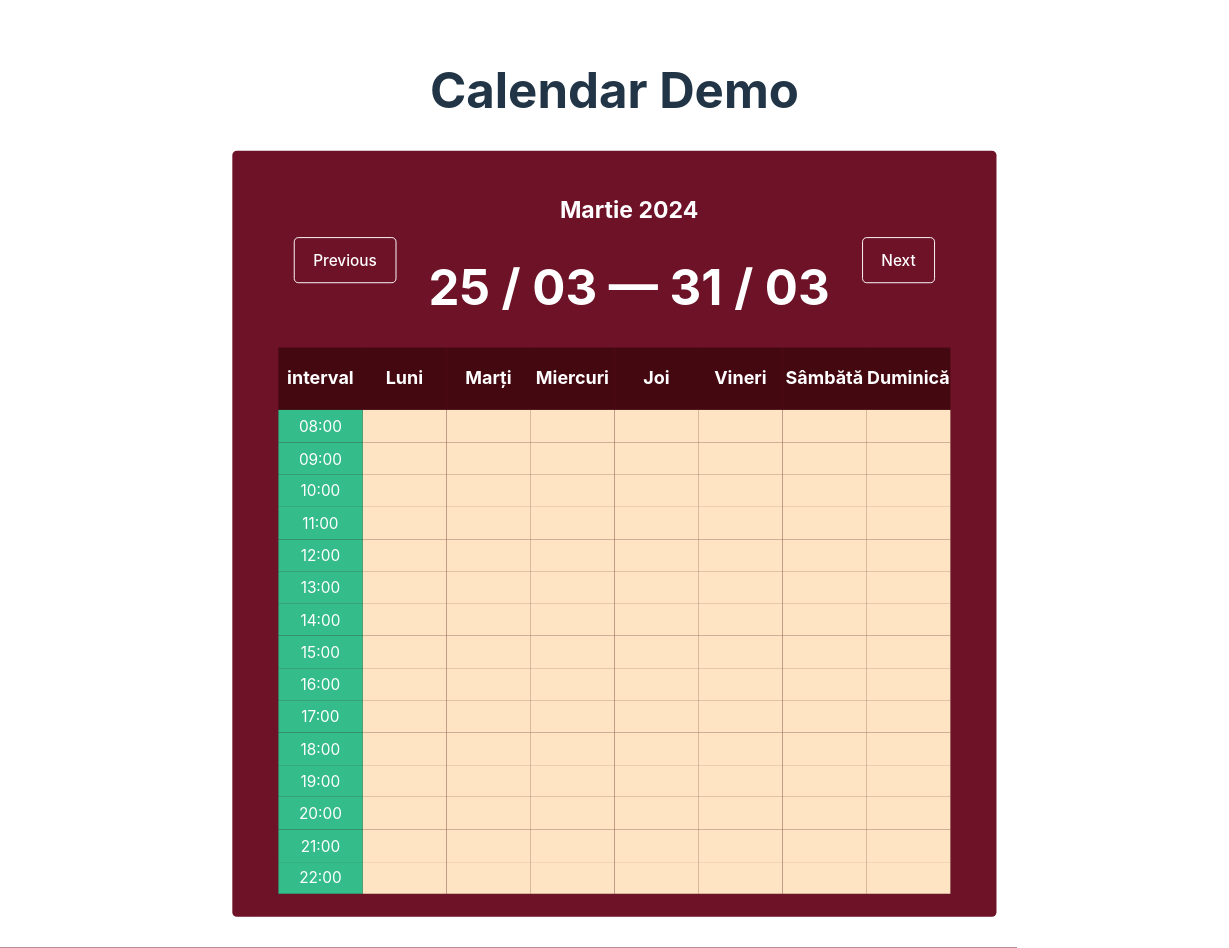
Repository: Maryie-B/weekly-calendar-scheduler
Page: /
These files come from the project's save history. The page is drawn as it stood at one moment and after the next save; the edit follows.
The browser window is 1280 px wide. The pictures show the whole page, at 96% of full size.
The project was rebuilt for these pictures with package versions that can differ from the ones it lists, and the page was loaded fresh each time. Also part of the build but not shown: vite.config.js.

Above is the page before, as saved 2024-03-26 16:17:57.

### src/App.jsx
import './App.css'
import CalendarHeader from './CalendarHeader'
import CalendarDays from './CalendarDays'

function App() {

  return (
    <>
      <h1>Calendar Demo</h1>
      <div className='calendar-wrapper'>

        <CalendarHeader />
        <CalendarDays />
      </div>
    </>
  )
}

export default App

### src/App.css
#root {
  max-width: 1280px;
  margin: 0 auto;
  padding: 2rem;
  text-align: center;
}

.calendar-wrapper {
  background-color: rgb(110, 18, 40);
  min-width: 700px;
  color: white;
  padding: 1.5rem 3rem;
  border-radius: 0.3rem;
}

.calendar-header {
  display: flex;
  flex-direction: row;
  align-items: center;
  justify-content: space-between;

}


.calendar-button {
  background-color: rgba(0, 0, 0, 0);
  height: 3rem;
  align-items: center;
  justify-content: center;
  border-color: white;
  border-radius: 0.3rem;
  color: white;
  font-size: 1rem;
  margin: 1rem;
}

.calendar-text {
  padding: 0rem 1rem;
}

.calendar-days-wrapper {
  display: grid;
  text-align: center;
  grid-template-columns: repeat(8, 1fr);
}

.days-header {
  background-color: rgb(68, 8, 17);
  min-height: 2rem;
  border: 0.2rem;
  border-color: white;
}

.hour-intervals {
  background-color: rgb(52, 188, 138);
  padding: 0.3rem;
  border-bottom: 0.1rem;
  border-color: black;
}

.hour-intervals-empty {
  min-height: 2.1rem;
  background-color: bisque;
  border: 3px black;
}

### src/CalendarHeader.jsx
import { useState, useEffect } from "react";

const CalendarHeader = () => {
  const [currentWeekStart, setCurrentWeekStart] = useState(() => {
      const now = new Date();
      const currentDay = now.getDay();
      const untilMonday = currentDay === 0 ? 6 : currentDay - 1;
      now.setDate(now.getDate() - untilMonday);
      return now;
  });

  const [currentWeekEnd, setCurrentWeekEnd] = useState(() => {
    const end = new Date(currentWeekStart);
    end.setDate(currentWeekStart.getDate() + 6);
    return end;
  });

  useEffect(() => {
    const end = new Date(currentWeekStart);
    end.setDate(currentWeekStart.getDate() + 6);
    console.log(end, '- from useEffect');
    setCurrentWeekEnd(end);
  }, [currentWeekStart]);

  const handleGoToPreviousWeek = () => {
    setCurrentWeekStart((prevDate) => {
        const newDate = new Date(prevDate);
        newDate.setDate(newDate.getDate() - 7);
        console.log(newDate, '-- from handleGoToPrevWeek');
        return newDate;
    });
  };

  const handleGoToNextWeek = () => {
    setCurrentWeekStart((prevDate) => {
        const newDate = new Date(prevDate);
        newDate.setDate(newDate.getDate() + 7);
        console.log(newDate, '-from handle NEXTdate');
        return newDate;
    });
  };

  const startMonth = currentWeekStart.getMonth();
  const endMonth = currentWeekEnd.getMonth();
  const startYear = currentWeekStart.getFullYear();
  const endYear = currentWeekEnd.getFullYear();

  const monthsNames = ['Ianuarie', 'Februarie', 'Martie', 'Aprilie',
                        'Mai', 'Iunie', 'Iulie', 'August', 'Septembrie', 'Octombrie', 'Noiembrie', 'Decembrie'];

  let calendarHeader = `${monthsNames[startMonth]} ${startYear}`;
  if (startMonth !== endMonth || startYear !== endYear) {
    calendarHeader += ` — ${monthsNames[endMonth]} ${endYear} `
  }

  let weekStartMonthNumber = currentWeekStart.getMonth() + 1;
  let weekEndMonthNumber = currentWeekEnd.getMonth() + 1;

  weekStartMonthNumber = weekStartMonthNumber < 10 ? `0${weekStartMonthNumber}` : weekStartMonthNumber;
  weekEndMonthNumber = weekEndMonthNumber < 10 ? `0${weekEndMonthNumber}` : weekEndMonthNumber;

  const datesRange = `${currentWeekStart.getDate()} / ${weekStartMonthNumber} — ${currentWeekEnd.getDate()} / ${weekEndMonthNumber}`;

  return (
    <div className="calendar-header">
        <button className='calendar-button' onClick={handleGoToPreviousWeek}>Previous</button>
        <div className="calendar-text">
        <h2>{calendarHeader}</h2>
        <h1>{datesRange}</h1>
        </div>
        <button className='calendar-button' onClick={handleGoToNextWeek}>Next</button>
    </div>
  )
}

export default CalendarHeader;

### src/CalendarDays.jsx
import { useState } from "react"

const CalendarDays = () => {
  const weekDays = ['interval ', 'Luni', 'Marți', 'Miercuri', 'Joi', 'Vineri', 'Sâmbătă', 'Duminică']

  const hours = [];
  for (let i = 8; i <= 22; i++) {
    hours.push(i);
  }

  const handleIntervalClick = (e) => {
    console.log(e.target, 'This interval has been clicked!');
  };

  return (
    <div className="calendar-days-wrapper">
      {weekDays.map((day, index) => {
        return (

        index === 0 ?
        <div className="days-header" key={index}>
           <h3>{day}</h3>
           {hours.map((hour, index) => {
               return (
                   <div className="hour-intervals" key={hour}>{hour < 10 ? `0${hour}:00` : `${hour}:00`}</div>
               )
           })}
        </div>
        :
        <div className="days-header" key={index}>
        <h3>{day}</h3>
        {hours.map((hour, index) => {
            return (
                <div className="hour-intervals-empty" key={hour} onClick={handleIntervalClick}> </div>
            )
        })}
        </div>
        )
      })}
    </div>
  )
}

export default CalendarDays

Loaded but not shown: index.html (common file); src/main.jsx (common file); src/index.css (common file)

After the next save:
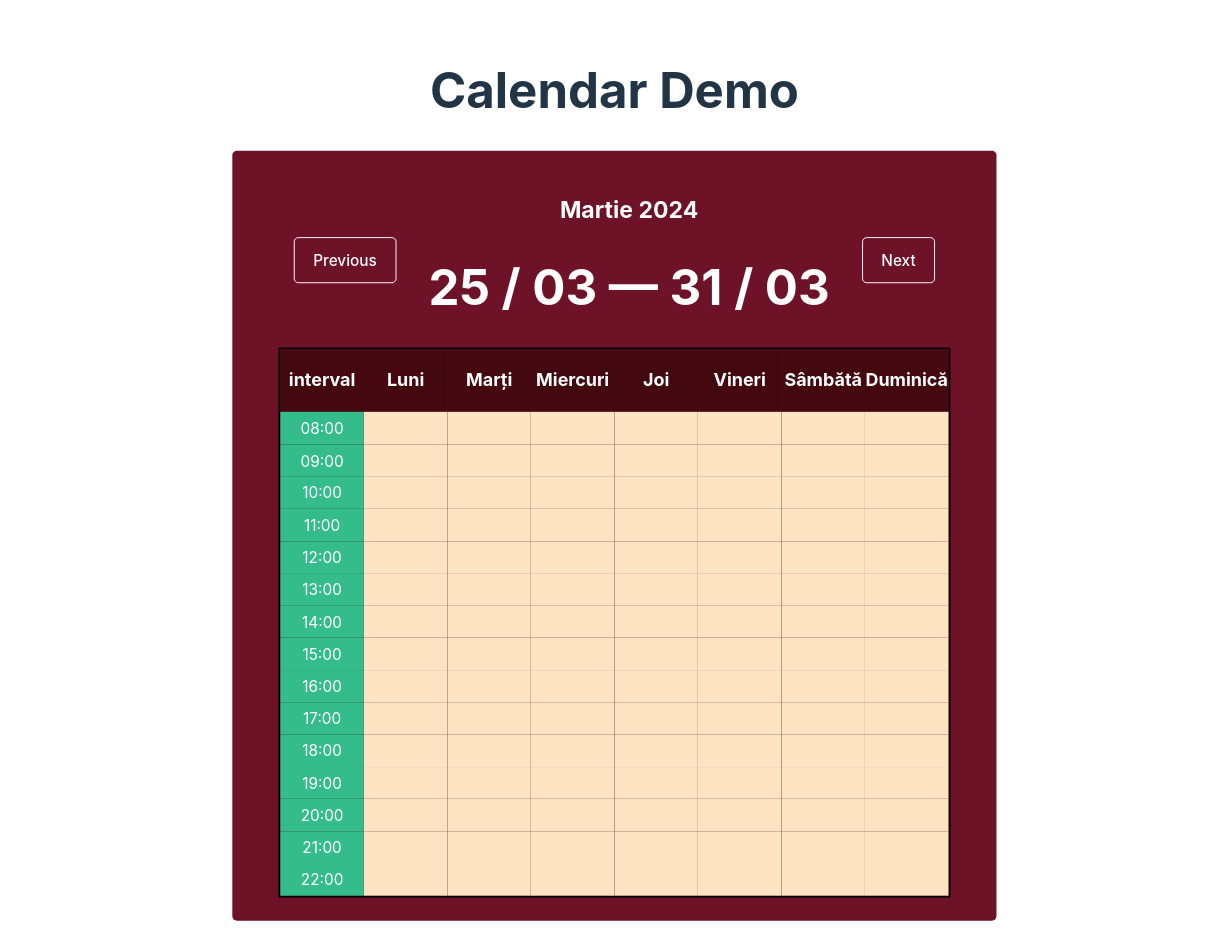
Saved 114 s later.
--- a/src/App.css
+++ b/src/App.css
@@ -42,6 +42,7 @@
   display: grid;
   text-align: center;
   grid-template-columns: repeat(8, 1fr);
+  border: solid black 2px;
 }
 
 .days-header {

After the save that followed:
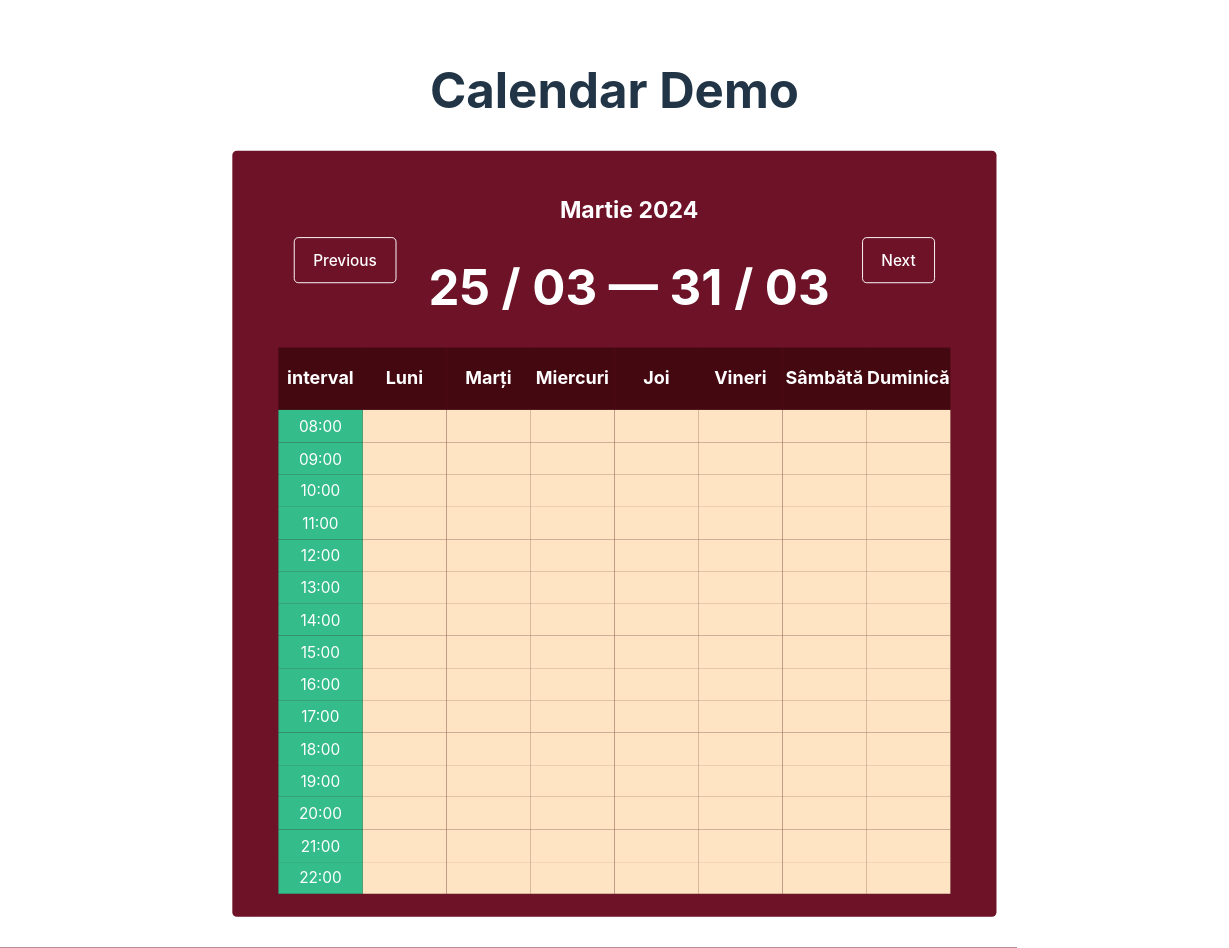
Saved 7 s later.
--- a/src/App.css
+++ b/src/App.css
@@ -42,7 +42,6 @@
   display: grid;
   text-align: center;
   grid-template-columns: repeat(8, 1fr);
-  border: solid black 2px;
 }
 
 .days-header {
